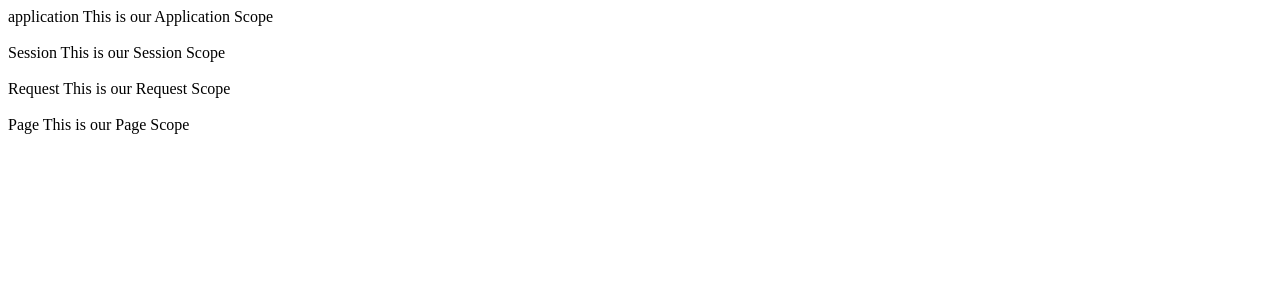
Repository: RevatureSteve/Java
Page: http://localhost/JSPClassScopes/Firstjsp.jsp
These files come from the project's save history. The page is drawn as it stood at one moment and after the next save; the edit follows.
The browser window is 1280 px wide. The pictures show the whole page.
The page is served by Tomcat 9.

Above is the page before, as saved 2016-08-31 18:30:46.

After the next save:
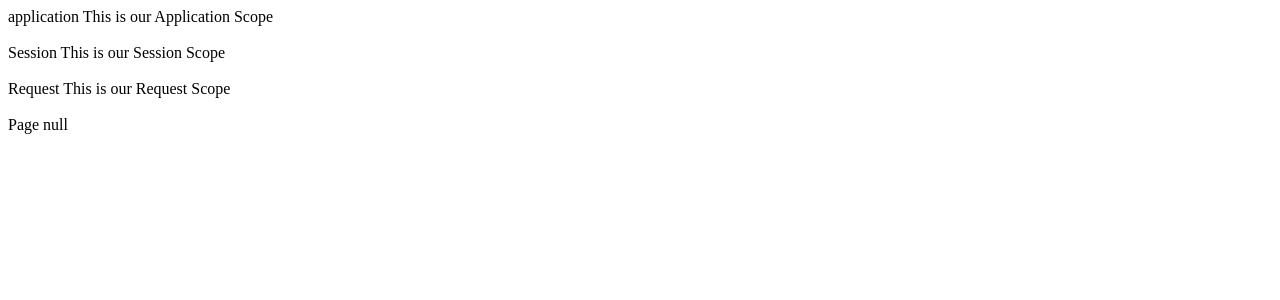
Saved 2 min 6 s later.
--- a/Week_3_JSPs_and_Servlet/JSPClassScopes/WebContent/Firstjsp.jsp
+++ b/Week_3_JSPs_and_Servlet/JSPClassScopes/WebContent/Firstjsp.jsp
@@ -28,6 +28,8 @@
 	UserBean pageType = new UserBean();
 	pageType.setScopeType("This is our Page Scope");
 	pageContext.setAttribute("pageType", pageType);
+
+	request.getRequestDispatcher("SecondJsp.jsp").forward(request, response);
  %>
 
  application
